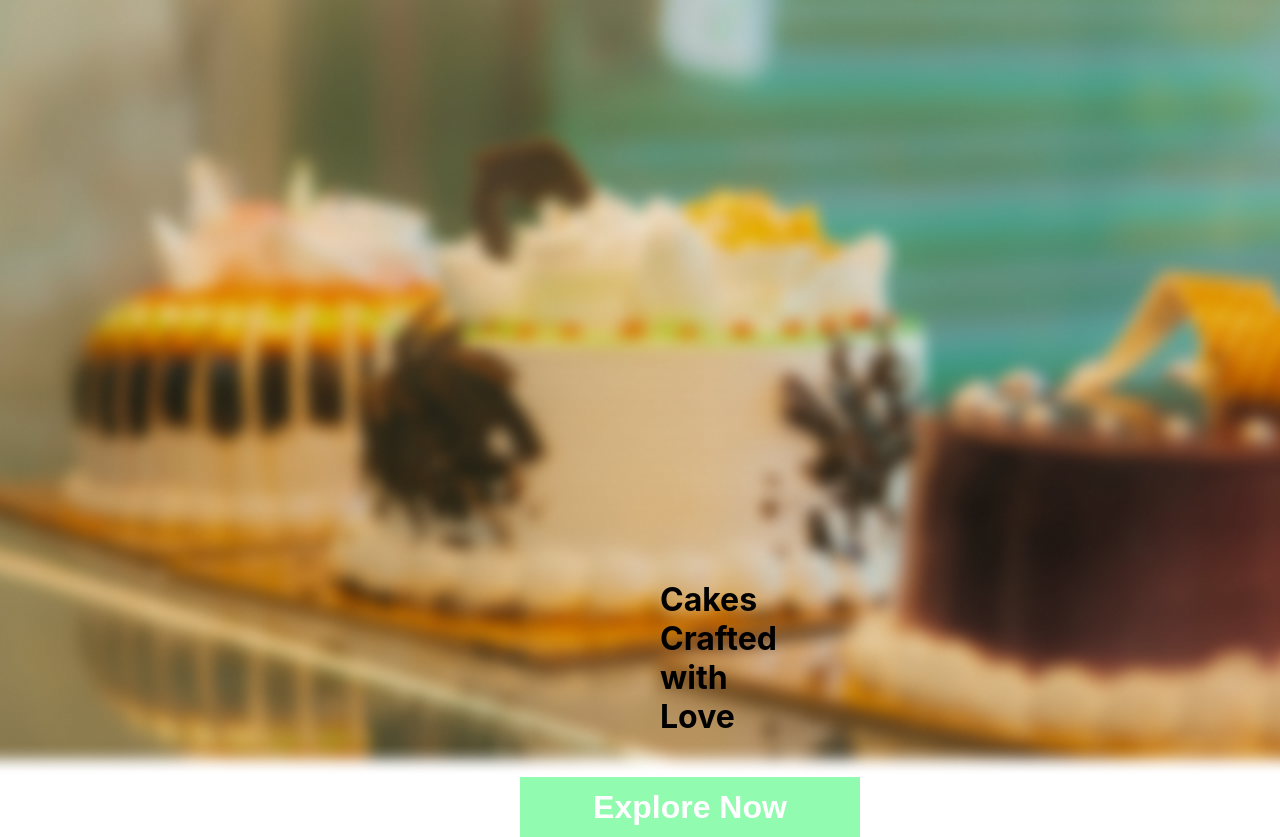
Repository: MEROO1010/cake-box-website
Page: / (app in Cake_box/cake_website/cake_frontend/)
These files come from the project's save history. The page is drawn as it stood at one moment and after the next save; the edit follows.
The browser window is 1280 px wide. The pictures show the whole page.
The project was rebuilt for these pictures with package versions that can differ from the ones it lists, and the page was loaded fresh each time.

Above is the page before, as saved 2024-10-22 12:08:02.

After the next save:
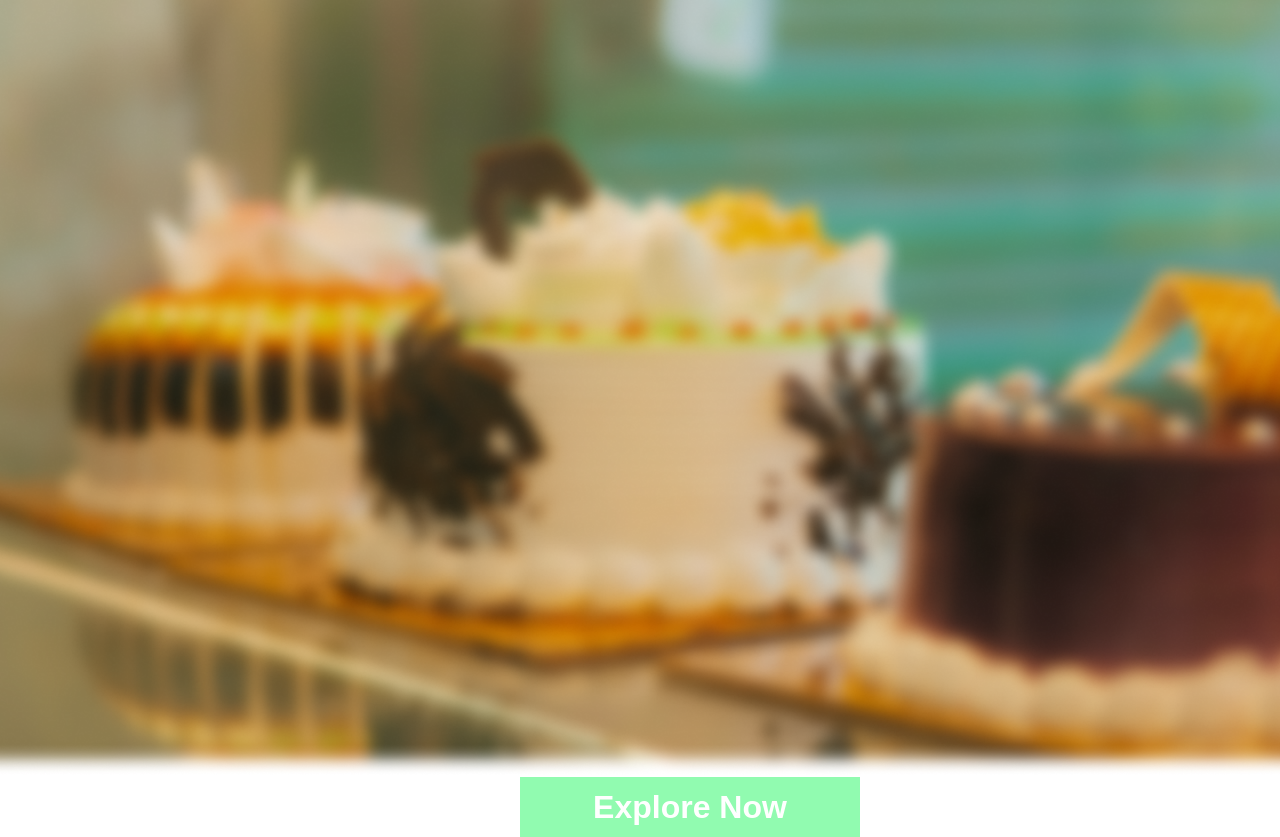
Saved 14 s later.
--- a/Cake_box/cake_website/cake_frontend/src/components/HomePage/Homepage.jsx
+++ b/Cake_box/cake_website/cake_frontend/src/components/HomePage/Homepage.jsx
@@ -31,7 +31,7 @@ const Container = styled.div `
     margin-top:-200px;
     padding-bottom:20px;
     bottom:1400px;
-    position: static;
+    position: relative;
    }
 
    button{
